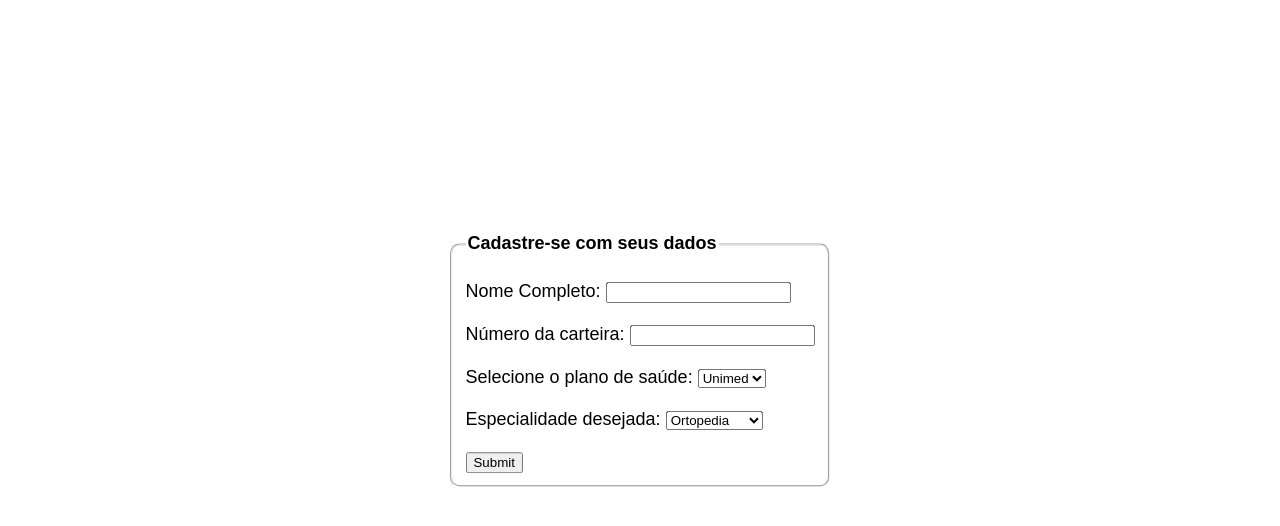
Repository: ohenriquesouza/HospitalCRUD-using-JavaEE
Page: JSP_test/src/main/webapp/nova_consulta.html
The author's editor kept a copy of each file at every save. The page is drawn from the files as they stood at one save, then again after the next save.
The browser window is 1280 px wide. The pictures show the whole page.

Above is the page before, as saved 2022-12-27 16:19:52.

After the next save:
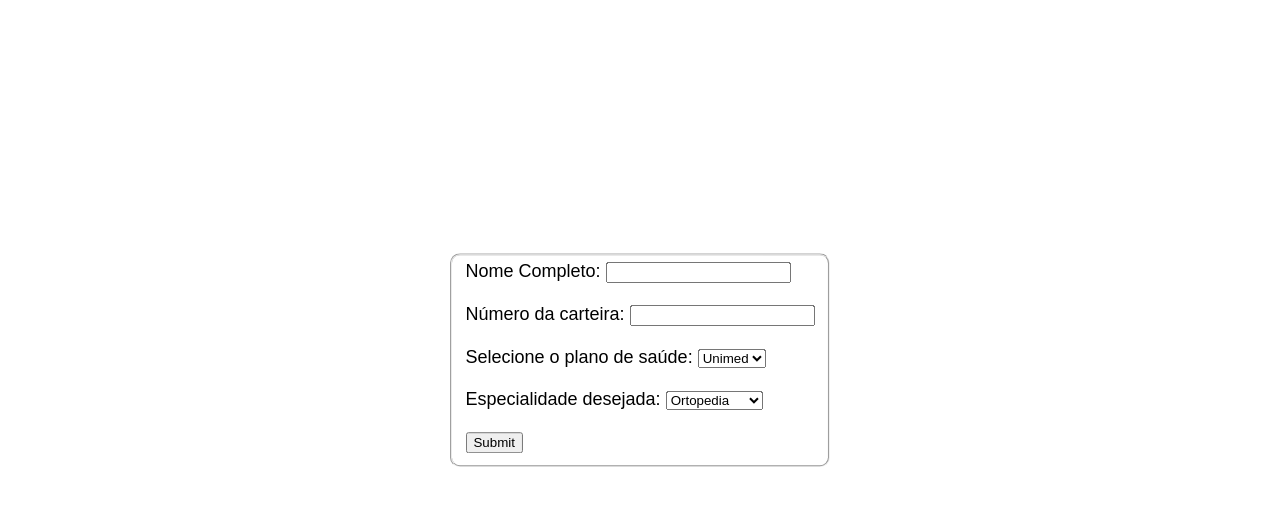
Saved 29 s later.
--- a/JSP_test/src/main/webapp/nova_consulta.html
+++ b/JSP_test/src/main/webapp/nova_consulta.html
@@ -28,7 +28,7 @@
         <div class="box">
             <form action="">
                 <fieldset>
-                    <legend><b>Cadastre-se com seus dados</b></legend><br/>
+
                     <div class="input_box">
                         <label for="nome">Nome Completo:</label>
                         <input type="text" name="nome" id="nome" class="input_name" required></input>
